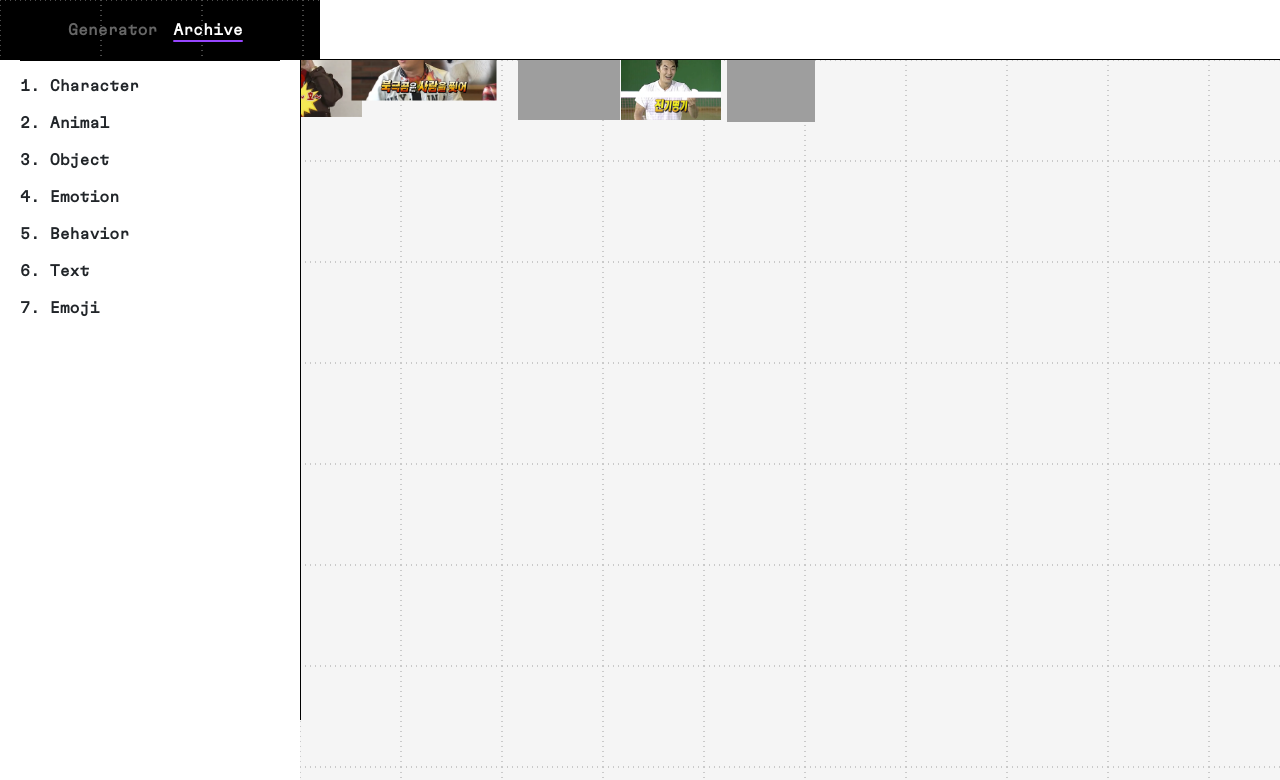
Repository: CastleBelll/project2
Page: /archive (app in job_app/)
The author's editor kept a copy of each file at every save. The page is drawn from the files as they stood at one save, then again after the next save.
The browser window is 1280 px wide. The pictures show the whole page.
Pictures or frames that could not be fetched are drawn as grey boxes. The project was rebuilt for these pictures with package versions that can differ from the ones it lists, and the page was loaded fresh each time. Also part of the build but not shown: job_app/src/Generator/Generator.js.

Above is the page before, as saved 2024-12-15 08:43:17.

### job_app/src/App.js
import React from 'react';
import { BrowserRouter as Router, Routes, Route, Navigate, Link, useLocation } from 'react-router-dom';
import { Container, Navbar, Nav } from 'react-bootstrap';
import { BsSearch } from 'react-icons/bs'; // 검색 아이콘 가져오기
import './App.css';
import Archive from './Archive/Archive';
import Generator from './Generator/Generator';
import 'bootstrap/dist/css/bootstrap.min.css';
import './styles/fonts.css';

function Navigation() {
  const location = useLocation(); // 현재 경로를 가져오기

  return (
    <Navbar expand="lg" bg="black" data-bs-theme="dark">
        <Navbar.Collapse id="navbarNav">
          <Nav className="nav-links">
            <Nav.Item>
              <Nav.Link
                as={Link}
                to="/generator"
                className={`nav-link ${location.pathname === '/generator' ? 'active' : ''}`}
              >
                Generator
              </Nav.Link>
            </Nav.Item>
            <Nav.Item>
              <Nav.Link
                as={Link}
                to="/archive"
                className={`nav-link ${location.pathname === '/archive' ? 'active' : ''}`}
              >
                Archive
              </Nav.Link>
            </Nav.Item>
          </Nav>
        </Navbar.Collapse>
        <div className="search-icon">
          <BsSearch />
        </div>
    </Navbar>
  );
}

function App() {
  return (
    <Router>
      <div className="app-container">
        <Navigation /> {/* 네비게이션 컴포넌트 사용 */}
        <Container className="content">
          <Routes>
            {/* 기본 경로로 이동 시 /generator로 리디렉션 */}
            <Route path="/" element={<Navigate to="/generator" />} />
            <Route path="/archive" element={<Archive />} />
            <Route path="/generator" element={<Generator />} />
          </Routes>
        </Container>
      </div>
    </Router>
  );
}

export default App;

### job_app/src/App.css
/* 글로벌 스타일 */
body {
  font-family: 'CustomEnglishFont', sans-serif !important;;
  overflow: hidden;
}

/* 한글 전용 스타일 */
body:lang(ko) {
  font-family: 'CustomKoreanFont', sans-serif !important;;
}
/* 전체 앱 컨테이너 */
.app-container {
  display: flex;
  flex-direction: column;
  height: 100vh;
  max-width: 100%;
  max-height: 100%;
  overflow: hidden;
  background-color: #242424; /* 기본 배경색을 #242424로 변경 */
}

/* 네비게이션 바 */
.navbar {
  position: fixed;
  top: 0;
  left: 0;
  width: 100%;
  height: 60px;
  display: flex;
  z-index: 1000; /* 네비게이션 바가 다른 요소 위에 오도록 설정 */
  background-image: url('./background_square.png'); /* Generator 활성화 시 배경 이미지 */
  background-repeat: repeat; /* 가로 및 세로로 반복 */
  background-color: #242424; /* 기본 배경색도 유지 */}

/* Generator 활성화 시 배경 이미지 적용 */
body.generator-active .navbar {
  background-image: url('./background_square.png'); /* Generator 활성화 시 배경 이미지 */
  background-repeat: repeat; /* 가로 및 세로로 반복 */
  background-color: #242424; /* 기본 배경색도 유지 */
}

/* Archive 활성화 시 배경 이미지 제거 */
body.archive-active .navbar {
  background-image: none; /* Archive 활성화 시 배경 이미지 제거 */
  background-color: #ffffff; /* 배경색을 흰색으로 설정 */
}

/* 네비게이션 링크 스타일 */
.nav-links {
  display: flex;
  list-style: none;
  padding: 0;
  margin-left : 60px;
  justify-content: space-between; /* 링크를 양쪽 끝에 배치 */
}

.nav-links a {
  text-decoration: none;
  color: #666666; /* 기본 색상은 회색 */
  font-size : 16px !important;
  font-weight: bold;
  transition: color 0.3s ease, border-bottom 0.3s ease; /* 부드러운 색상 전환 및 밑줄 전환 */
}

.nav-links a:hover,
.nav-links .active {
  color: #ffffff !important; /* 선택 및 활성화 상태에서도 글씨 색상을 흰색으로 고정 */
  text-decoration: underline; /* 밑줄 추가 */
  text-decoration-color: #9746ff; /* 밑줄 색상 보라색으로 설정 */
  text-underline-offset: 5px; /* 밑줄과 글자 사이 간격 조정 */
  text-decoration-thickness: 2px; /* 밑줄 두께를 2px로 설정 */
  z-index: 4000; /* z-index로 navbar 아래로 위치하도록 설정 */
}

/* 콘텐츠 영역 */
.content {
  position: absolute; /* content를 absolute로 설정하여 navbar와 겹치게 함 */
  width:100%;
  height:100%;
  margin:0;
  padding:0;
  background-color: #242424; /* 콘텐츠 배경색 변경 */
}

.content.container{
  margin : 0;
  padding:0;
}

/* 검색 아이콘 스타일 */
.search-icon {
  font-size: 22px;
  margin-right: 85px;
  color: #ffffff; /* 아이콘 색상 흰색 */
  cursor: pointer;
}

@media (min-width: 768px) {
  .container,
  .container-md,
  .container-sm {
    max-width: none !important;
  }
}

/* Generator 활성화 시 배경색 */
body.generator-active .app-container,
body.generator-active .navbar,
body.generator-active .content {
  background-color: #242424; /* Generator가 활성화된 경우 배경색을 통일 */
}

/* Archive 활성화 시 흰색 테마 */
body.archive-active .app-container,
body.archive-active .navbar,
body.archive-active .content {
  background-color: #ffffff; /* 배경을 흰색으로 변경 */
}

body.archive-active .nav-links a {
  color: #333333 !important; /* 링크 색상을 어두운 회색으로 변경 */
}

body.archive-active .nav-links a:hover,
body.archive-active .nav-links .active {
  color: #000000 !important; /* 링크 색상을 검은색으로 변경 */
  text-decoration-color: #2DFF2D; /* 밑줄 색상을 검은색으로 설정 */
}

### job_app/src/Archive/Archive.js
import React, { useState, useEffect } from 'react';
import ArchiveMain from './ArchiveMain';
import ArchiveLeft from './ArchiveLeft';
import ArchiveHeader from './ArchiveHeader';
import './Archive.css';

const Archive = () => {
  const [selectedItems, setSelectedItems] = useState([]); // 선택된 하위 항목들 저장
  const [data, setData] = useState([]); // JSON 데이터를 저장할 상태

  // JSON 파일을 fetch로 불러오는 useEffect
  useEffect(() => {
    fetch('/json/images.json') // public 폴더에서 JSON 파일을 불러옴
      .then((response) => response.json())
      .then((jsonData) => setData(jsonData)) // 데이터가 로드되면 상태에 저장
      .catch((error) => console.error('Error fetching the JSON file:', error));
  }, []); // 컴포넌트가 처음 마운트될 때만 실행

  const handleSubItemClick = (item) => {
    setSelectedItems((prevSelectedItems) => {
      if (!prevSelectedItems.includes(item)) {
        return [...prevSelectedItems, item];
      }
      return prevSelectedItems.filter((selectedItem) => selectedItem !== item);
    });
  };

  return (
    <div className="archive-container">
      {/* Left sidebar */}
      <ArchiveLeft data={data} onSubItemClick={handleSubItemClick} className="left-sidebar" />

      {/* Right container */}
      <div className="right-container">
        {/* Header */}
        <ArchiveHeader selectedItems={selectedItems} className="header" />

        {/* Main content */}
        {/* Main content */}
        <div className="main-area-container" style={{ flex: 1, position: 'relative' }}>
          <ArchiveMain className="main-area" />
        </div>
        </div>
    </div>
  );
};

export default Archive;

### job_app/src/styles/fonts.css
@font-face {
    font-family: 'CustomEnglishFont';
    src: url('../fonts/GT-Flexa-Mono-Light-Trial.otf') format('opentype');
    font-weight: normal;
    font-style: normal;
  }

  @font-face {
    font-family: 'CustomKoreanFont';
    src: url('../fonts/FlightSansOTF-Regular.otf') format('opentype');
    font-weight: normal;
    font-style: normal;
  }

### job_app/src/Archive/ArchiveMain.js
import React, { useEffect, useRef } from "react";
import "./ArchiveMain.css";

const ArchiveMain = () => {
  const containerRef = useRef(null);

  useEffect(() => {
    const container = containerRef.current;
    const numImages = 5; // 배치할 이미지 개수
    const images = [];
    const occupiedPositions = []; // 이미지가 이미 배치된 위치 저장

    for (let i = 1; i <= numImages; i++) {
      const img = document.createElement("img");
      img.src = `/images/${i}.png`; // public/images 폴더 내 1.png, 2.png 등의 파일
      img.alt = `Image ${i}`;
      img.className = "archive-image";
      img.style.objectFit = "contain"; // 비율 유지
      let randomX, randomY;
      let isOverlapping;
      // 랜덤 위치 지정 (이미지 간 겹치지 않도록 조정)
      do {
        randomX = Math.random() * 100; // 0% ~ 100%
        randomY = Math.random() * 100; // 0% ~ 100%

        isOverlapping = occupiedPositions.some(pos => {
          const distance = Math.sqrt(
            Math.pow(randomX - pos.x, 2) + Math.pow(randomY - pos.y, 2)
          );
          return distance < 10; // 최소 거리 (10% 기준) 설정
        });
      } while (isOverlapping);

      occupiedPositions.push({ x: randomX, y: randomY });

      // 랜덤 크기 지정 (50px ~ 150px)
      const randomSize = Math.floor(Math.random() * 100) + 50;
      img.style.width = `${randomSize}px`;
      img.style.height = `${randomSize}px`;

      // 위치 설정
      img.style.top = `${randomY}%`;
      img.style.left = `${randomX}%`;

      // 중앙에서 벗어난 보정 (이미지 크기 반영)
      img.style.transform = `translate(-${randomSize / 2}px, -${randomSize / 2}px)`;

      images.push(img);
      container.appendChild(img);
    }

    return () => {
      // 컴포넌트 언마운트 시 이미지 제거
      images.forEach(img => container.removeChild(img));
    };
  }, []);

  return <div ref={containerRef} className="archive-main"></div>;
};

export default ArchiveMain;

### job_app/src/Archive/ArchiveLeft.js
import React, { useState } from 'react';
import './ArchiveLeft.css';

function ArchiveLeft({ data, onSubItemClick }) {
  const [selectedItems, setSelectedItems] = useState([]); // 선택된 항목 상태
  const [openCategories, setOpenCategories] = useState({}); // 카테고리 열림 상태

  // 서브 항목 클릭 처리 함수
  const handleSubItemClick = (subItem) => {
    setSelectedItems((prevSelectedItems) => {
      if (!prevSelectedItems.includes(subItem)) {
        return [...prevSelectedItems, subItem]; // 항목 추가
      }
      return prevSelectedItems.filter((item) => item !== subItem); // 항목 제거
    });
    onSubItemClick(subItem); // 부모 컴포넌트로 클릭된 항목 전달
  };

  // 카테고리 열기/닫기 토글 함수
  const toggleCategory = (categoryKey) => {
    setOpenCategories((prev) => ({
      ...prev,
      [categoryKey]: !prev[categoryKey], // 해당 카테고리 상태 토글
    }));
  };

  // 카테고리 값들을 순회하여 하나의 큰 카테고리로 합치는 함수
  const getCategoryItems = (data) => {
    const categoryItems = {
      character: [],
      animal: [],
      object: [],
      emotion: [],
      behavior: [],
      text: [],
      emoji: []
    };

    // 각 항목을 해당 카테고리로 합침
    data.forEach((item) => {
      Object.keys(item.category).forEach((key) => {
        if (item.category[key] && item.category[key].length > 0) {
          // 중복 항목을 제거
          categoryItems[key] = [
            ...new Set([...categoryItems[key], ...item.category[key]]), // Set을 사용해 중복을 제거
          ];
        }
      });
    });

    return categoryItems;
  };

  // 카테고리 항목을 순서대로 출력
  const categoryItems = getCategoryItems(data);

  return (
    <div className="sidebar-container">
      <div className="sidebar-top" />
      <div className="sidebar-bottom">
        {Object.keys(categoryItems).map((categoryKey, categoryIndex) => (
          categoryItems[categoryKey].length > 0 && (
            <div key={categoryIndex} className="section">
              <div
                className="section-title"
                onClick={() => toggleCategory(categoryKey)} // 카테고리 클릭 시 열고 닫는 기능
              >
                {`${categoryIndex + 1}. ${categoryKey.charAt(0).toUpperCase() + categoryKey.slice(1)}`}
              </div>
              {/* 카테고리가 열려 있는지 확인하여 항목을 표시 */}
              {openCategories[categoryKey] && (
                <div className={`sublist ${openCategories[categoryKey] ? 'open' : ''}`}>
                  {categoryItems[categoryKey].map((subItem, subItemIndex) => (
                    <div
                      key={subItemIndex}
                      className={`subitem ${selectedItems.includes(subItem) ? 'selected' : ''}`}
                      onClick={() => handleSubItemClick(subItem)}
                    >
                      {subItem}
                    </div>
                  ))}
                </div>
              )}
            </div>
          )
        ))}
      </div>
    </div>
  );
}

export default ArchiveLeft;

### job_app/src/Archive/ArchiveHeader.js
import React, { useRef, useState } from 'react';
import { CSSTransition, TransitionGroup } from 'react-transition-group';
import './ArchiveHeader.css'; // CSS 파일을 import

function ArchiveHeader({ selectedItems }) {
  const containerRef = useRef(null);
  const [isDragging, setIsDragging] = useState(false);
  const [startX, setStartX] = useState(0);
  const [scrollLeft, setScrollLeft] = useState(0);

  const handleMouseDown = (e) => {
    e.preventDefault(); // 기본 드래그 동작 방지
    setIsDragging(true);
    setStartX(e.clientX);
    setScrollLeft(containerRef.current.scrollLeft);
    containerRef.current.style.cursor = 'grabbing';
  };

  const handleMouseMove = (e) => {
    if (!isDragging) return;
    const distance = e.clientX - startX;
    containerRef.current.scrollLeft = scrollLeft - distance;
  };

  const handleMouseUp = () => {
    setIsDragging(false);
    containerRef.current.style.cursor = 'grab';
  };

  return (
    <div
      className="archive-header overflow-auto" // Bootstrap 클래스 추가
      ref={containerRef}
      onMouseDown={handleMouseDown}
      onMouseMove={handleMouseMove}
      onMouseUp={handleMouseUp}
      onMouseLeave={handleMouseUp} // 마우스가 컨테이너 밖으로 나갔을 때 드래그 종료
    >
      <TransitionGroup className="selected-items-container">
        {selectedItems.map((item, index) => (
          <CSSTransition
            key={item} // 고유한 키 값
            timeout={500} // 애니메이션 지속 시간
            classNames="item"
            unmountOnExit
          >
            <div className="selected-item">
              {item}
            </div>
          </CSSTransition>
        ))}
      </TransitionGroup>
      {/* selectedItems가 비어있지 않으면 검색 버튼을 보여줌 */}
      {selectedItems.length > 0 && (
        <div className="search-button">
          검색
        </div>
      )}
    </div>
  );
}

export default ArchiveHeader;

### job_app/src/Archive/Archive.css
/* Ensures the container takes up the full height of the viewport */
.archive-container {
  display: flex;
  height: 100vh;
}

/* Left sidebar styling */
.left-sidebar {
  flex: 1; /* 왼쪽 사이드바는 1배수 */
  padding-left: 20px;
  padding-top: 84px;
  background-color: #f0f0f0; /* Light background for sidebar */
  border-right: solid 1px black; /* 테두리 색상을 명시적으로 설정 */
}

/* Right container styling */
.right-container {
  flex: 3; /* 오른쪽 컨테이너는 3배수 */
  display: flex;
  flex-direction: column; /* Stacks children vertically */
}

/* Header styling */
.header {
  height: 15%; /* Adjust height as needed */
  background-color: #333; /* Dark background for header */
  color: white;
  display: flex;
  align-items: center;
  justify-content: center;
  padding: 1rem;
  box-sizing: border-box;
}

/* Main area styling */
.main-area {
  flex: 1; /* Takes up the remaining vertical space */
  background-color: #fff; /* White background for main content */
  overflow: auto; /* Scrollable if content exceeds container height */
  padding: 1rem;
  box-sizing: border-box;
}

### job_app/src/Generator/Generator.css
.Generator {
  position: relative;
  width: 100%;
  height: 100%;
  background-color: #242424;
  overflow: hidden;
  background-image: url('../background_square.png');
  background-repeat: repeat;
}

.event-arial {
  position: absolute;
  pointer-events: none;
  top: 80px;
  width: 80%;
  left: 10%;
  max-width: 80%;  /* 기본적으로 80%로 설정 */
  min-height: 20%;
  display: flex;
  justify-content: center;
  align-items: center;
  font-size: 16px;
  color: #666666;
  border: 1px solid #666666;
  background-color: transparent;
  transition: width 0.5s ease; /* 너비 변화만 부드럽게 */
}

.event-arial.shrink {
  width: calc(100% - 45%); /* generator-arial이 30%일 때 event-arial은 나머지 70% */
}

.main-container {
  width: 100%;
  min-height: 100%;
  display: flex;
  flex-direction: row; /* 좌우로 배치 */
}

.left-container {
  flex: 1;
  min-width: 13%;
}

.right-container {
  flex: 1;
  min-width: 13%;
}

.content-container {
  flex: 1;
  min-width: 74%;
  min-height: 100%;
  display: flex;
  flex-direction: column; /* 세로 방향으로 배치 */
  overflow: hidden;
}

.generator-arial {
  position: absolute;
  top: 80px;
  right: 0;
  display: flex;
  flex-direction: column; /* 세로 방향으로 배치 */
  background-color: white;
  min-width: 40px;
  height: 60%; /* 높이를 고정 */
  transform-origin: right;
  transition: width 0.5s ease; /* 너비 변화만 부드럽게 */
}

.generator-arial.open {
  width: 28%; /* open 상태에서의 width */
  max-height: 100%;
}

.generator-arial.not-open {
  width: 40px; /* not-open 상태에서의 width */
}

.circle {
  position: absolute;
  left: -100px;
  width: 50px; /* 원 크기 */
  height: 50px;
  border-radius: 50%; /* 원형으로 만들기 */
  background-color: white; /* 흰색 배경 */
  z-index: 10; /* 다른 요소들 위에 겹치도록 설정 */
  display: none; /* 기본적으로 숨기기 */
  justify-content: center; /* 가로 중앙 정렬 */
  align-items: center; /* 세로 중앙 정렬 */
}

.circle img {
    position: absolute;
    top: 50%; /* 세로 중앙 */
    left: 50%; /* 가로 중앙 */
    transform: translate(-50%, -50%); /* 정확하게 중앙 정렬 */
}

.generator-arial.open .circle {
  display: block; /* isOpen 상태일 때 원을 보이도록 설정 */
}

/* 이미지 컨테이너 */
.image-container {
  flex: 1;
  display: flex;
  flex-wrap: wrap;
  justify-content: center; /* 중앙 정렬 */
  align-items: center;
  margin-top: 50px;
  margin-bottom: 20px;
  min-width: 100%;
  height:auto;
  opacity: 0; /* 초기 상태에서 투명하게 설정 */
  animation: fadeIn 1s forwards; /* 천천히 나타나는 애니메이션 */
}

.image-container img {
  max-width: 100%; /* 이미지 크기를 부모 크기에 맞게 자동 조정 */
  height: auto;
  object-fit: contain; /* 이미지 비율 유지하며 공간에 맞게 조정 */
  max-height: 285px; /* 이미지 크기를 더 작게 제한 */
  min-height: 285px;
  margin: 5px;
  animation: fadeIn 1.5s forwards; /* 이미지보다 조금 더 긴 시간에 천천히 나타나게 */
}

/* 텍스트 컨테이너 */
.text-container {
  flex: 1;
  display: flex;
  flex-direction: column; /* 세로로 배치 */
  padding: 10px;
  overflow-y: auto;
  opacity: 0; /* 초기 상태에서 투명하게 설정 */
  animation: fadeIn 1.5s forwards; /* 이미지보다 조금 더 긴 시간에 천천히 나타나게 */
}

/* 각 텍스트 항목 */
.text-item {
  margin-bottom: 30px; /* 항목 간 간격 */
  opacity: 0; /* 초기 상태에서 투명하게 설정 */
  overflow: hidden;
  max-height: 100%;
  animation: fadeInItem 2s forwards; /* 항목이 하나씩 천천히 나타나도록 설정 */
  animation-delay: 0.5s; /* 약간의 지연을 주어 항목들이 순차적으로 나타나게 */
}

.title-container,
.category-container {
  text-align: center; /* 텍스트 가운데 정렬 */
  padding: 0;
  overflow: hidden;
}

.title-container {
  flex: 1;
  margin-bottom: 10px;
}

.category-container {
  flex: 1;
  display: flex;
  justify-content: center; /* 항목들을 수평 중앙 정렬 */
  gap: 10px; /* 항목 간 간격 */
  overflow: hidden;
  max-height: 100%;
  flex-wrap: wrap; /* 필요시 줄 바꿈 */
}

.title {
  font-size: 28px;
  font-weight: bold;
  margin-bottom: 5px;
}

.category-item {
  font-size: 16px;
  background-color: #f5f5f5;
  border-radius: 30px;
  padding: 4px 8px;
}

/* 애니메이션 정의 */
@keyframes fadeIn {
  to {
    opacity: 1; /* 최종적으로 불투명하게 */
  }
}

@keyframes fadeInItem {
  to {
    opacity: 1; /* 항목도 최종적으로 불투명하게 */
  }
}

### job_app/src/Archive/ArchiveMain.css
.archive-main {
  position: relative;
  width: 100%;
  height: 100vh; /* 화면 전체 높이 */
  background-color: #f5f5f5; /* 배경색 */
  background-image: url('../background_square2.png'); /* Generator 활성화 시 배경 이미지 */
  background-repeat: repeat; /* 가로 및 세로로 반복 */
  overflow: hidden; /* 넘치는 이미지는 숨김 */
}

/* 이미지 천천히 나타나는 효과 */
@keyframes fadeIn {
  from {
    opacity: 0;
  }
  to {
    opacity: 1;
  }
}

### job_app/src/Archive/ArchiveLeft.css
/* 전체 컨테이너 */
.sidebar-container {
  height: 100%;
  width: 5%;
  min-width: 300px;
  background-color: #ffffff;
  position: relative;
}

/* 가상 요소로 오른쪽 선 추가 */
.sidebar-container::after {
  content: '';
  position: absolute;
  top: 0;
  right: 0;
  bottom: 0;
  left: 300px;
  border-right: solid 1px black;
  z-index: 2000;
}

.sidebar-top {
  width: 100%;
  height: 60px;
}

.sidebar-bottom {
  width: 100%;
  position: relative;
  padding: 14px 20px;
  z-index: 1000;
}

.sidebar-bottom::after {
  content: '';
  position: absolute;
  top: 0;
  left: 20px;
  right: 20px;
  border-top: 1px solid black;
}

/* 섹션 제목 */
.section-title {
  cursor: pointer;
  font-weight: bold;
  margin-bottom: 13px;
  transition: color 0.3s ease;
}

/* 하위 리스트 */
.sublist {
  display: flex;
  flex-wrap: wrap;
  gap: 6px;
  margin: 10px 15px;
  overflow: hidden;
  max-height: 0; /* 초기 높이 설정 */
  opacity: 0; /* 초기 상태에서 투명 */
  box-sizing: border-box; /* border 포함하여 크기 변경 방지 */
  transition: max-height 1.2s cubic-bezier(0.5, 0.1, 0.25, 1), opacity 1.3s ease-out; /* 높이와 불투명도 애니메이션 */
}
/* 하위 리스트가 열릴 때 */
.sublist.open {
  max-height: 500px; /* 최대 높이 설정, 필요에 따라 더 큰 값으로 설정 */
  opacity: 1; /* 불투명도 */
  transition: max-height 0.6s cubic-bezier(0.5, 0.1, 0.25, 1), opacity 0.6s ease-out; /* 애니메이션 타이밍을 일치시킴 */
}

/* 하위 리스트가 닫힐 때 */
.sublist:not(.open) {
  max-height: 0; /* 닫힐 때 높이 0 */
  opacity: 0; /* 사라지는 상태 */
  transition: max-height 0.6s cubic-bezier(0.5, 0.1, 0.25, 1) 0.3s, opacity 0.6s ease-out 0.3s;
}

/* 개별 항목 */
.subitem {
  cursor: pointer;
  padding: 4px 7px;
  margin: 1px;
  border-radius: 50px;
  text-align: center;
  white-space: nowrap;
  transition: all 0.1s ease;
  display: inline-block;
  min-width: 40px;
  font-size: 16px;
  box-sizing: border-box; /* border 포함하여 크기 변경 방지 */
}

.subitem.selected {
  background-color: #2DFF2D;
  font-weight: bold;
  transition : ease-out 0.3s;
}

.subitem:hover {
  box-sizing: border-box; /* border 포함하여 크기 변경 방지 */
  border-radius: 50px;
  outline: 1px solid #2DFF2D;
}

/* 반응형 디자인 */
.subitem {
  display: inline-block;
  box-sizing: border-box;
}

### job_app/src/Archive/ArchiveHeader.css
.archive-header {
    height: 60px;
    display: flex;
    align-items: center;
    margin-left: 20px;
    min-height: 60px; /* 최소 높이를 60px로 설정 */
    background-color: #ffffff; /* 배경색을 추가 */
    border-bottom: 1px solid #000000; /* 하단 경계선 */
    overflow-x: hidden; /* 가로 스크롤 활성화 */
    white-space: nowrap; /* 아이템들이 한 줄에 있도록 설정 */
    z-index: 2000;
  }

  /* 기존의 selected-items-container 스타일 유지 */
  .selected-items-container {
    display: flex;
    flex-wrap: nowrap;
    gap: 5px; /* 아이템 사이의 간격 */
    overflow-x: auto; /* 아이템이 넘칠 경우 스크롤 */
  }

  /* 기존의 selected-item 스타일 유지 */
  .selected-item {
    padding: 4px 6px;
    background-color: #2DFF2D; /* 선택된 아이템의 배경색 */
    border-radius: 50px;
    font-weight: bold; /* 글자 굵게 설정 */
    min-width: 40px;
    text-align: center;
    font-size: 16px;
    white-space: nowrap; /* 텍스트 줄바꿈 방지 */
    transition: transform 0.5s ease, opacity 0.5s ease;
  }

  .search-button {
    padding: 4px 6px;
    margin-left: 5px;
    background-color: #000000; /* 선택된 아이템의 배경색 */
    color: white;
    border-radius: 60px;
    font-weight: bold; /* 글자 굵게 설정 */
    min-width: 45px;
    text-align: center;
    font-size: 16px;
    transition: transform 0.5s ease, opacity 0.5s ease;
  }

/* Enter 애니메이션 */
.item-enter {
    opacity: 0;
    transform: scale(1);
    transition: opacity 0.5s ease, transform 0.5s ease;
  }
  .item-enter-active {
    opacity: 1;
    transform: scale(1);
    transition: opacity 0.5s ease, transform 0.5s ease;
  }

  /* Exit 애니메이션 */
  .item-exit {
    opacity: 1;
    transform: scale(1);
  }
  .item-exit-active {
    opacity: 0;
    transform: scale(0.9);
    transition: opacity 0.5s ease, transform 0.5s ease;
  }

Loaded but not shown: job_app/public/index.html (common file); job_app/src/index.js (common file); job_app/src/index.css (common file); job_app/src/reportWebVitals.js (common file); job_app/public/json/images.json (72 lines, source omitted)

After the next save:
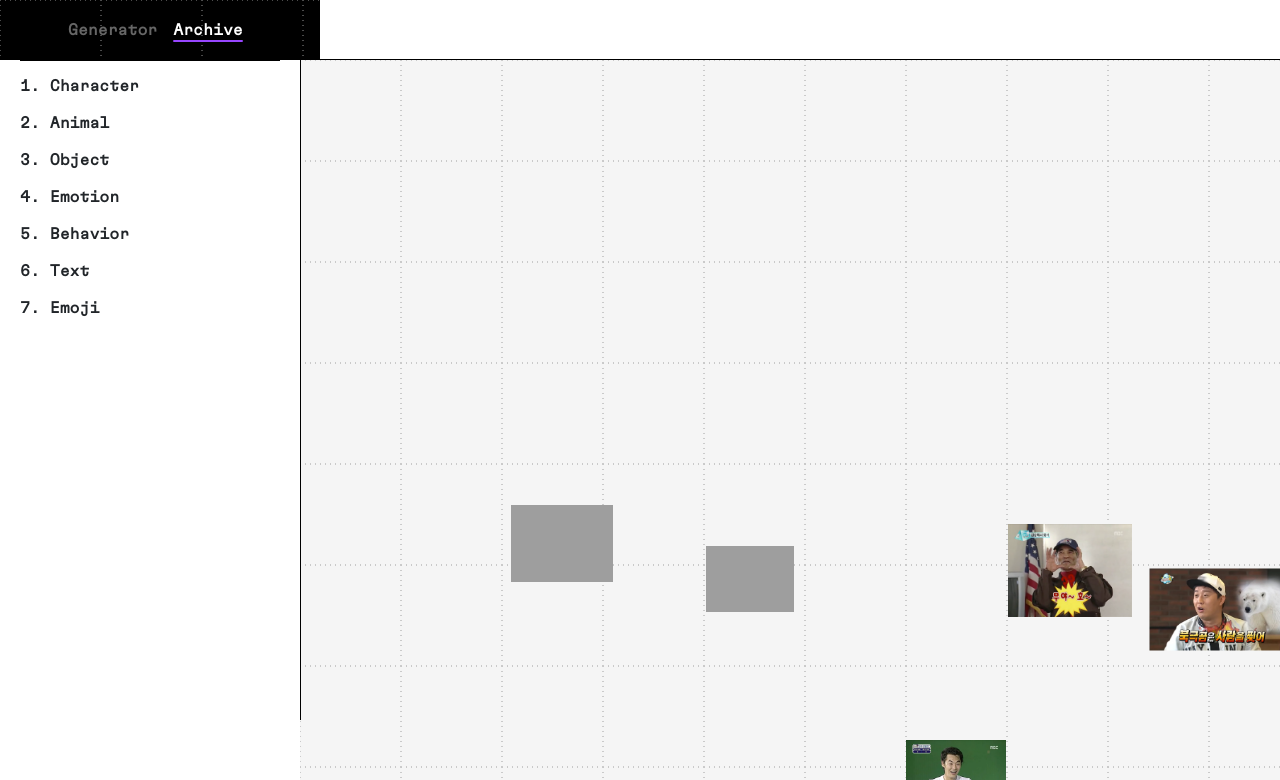
Saved 71 s later.
--- a/job_app/src/Archive/ArchiveMain.css
+++ b/job_app/src/Archive/ArchiveMain.css
@@ -6,6 +6,10 @@
   background-image: url('../background_square2.png'); /* Generator 활성화 시 배경 이미지 */
   background-repeat: repeat; /* 가로 및 세로로 반복 */
   overflow: hidden; /* 넘치는 이미지는 숨김 */
+}
+.archive-image {
+  position: absolute; /* 부모 .archive-main 기준으로 위치 */
+  animation: fadeIn 1.5s ease-in-out; /* 천천히 나타나는 애니메이션 */
 }
 
 /* 이미지 천천히 나타나는 효과 */
